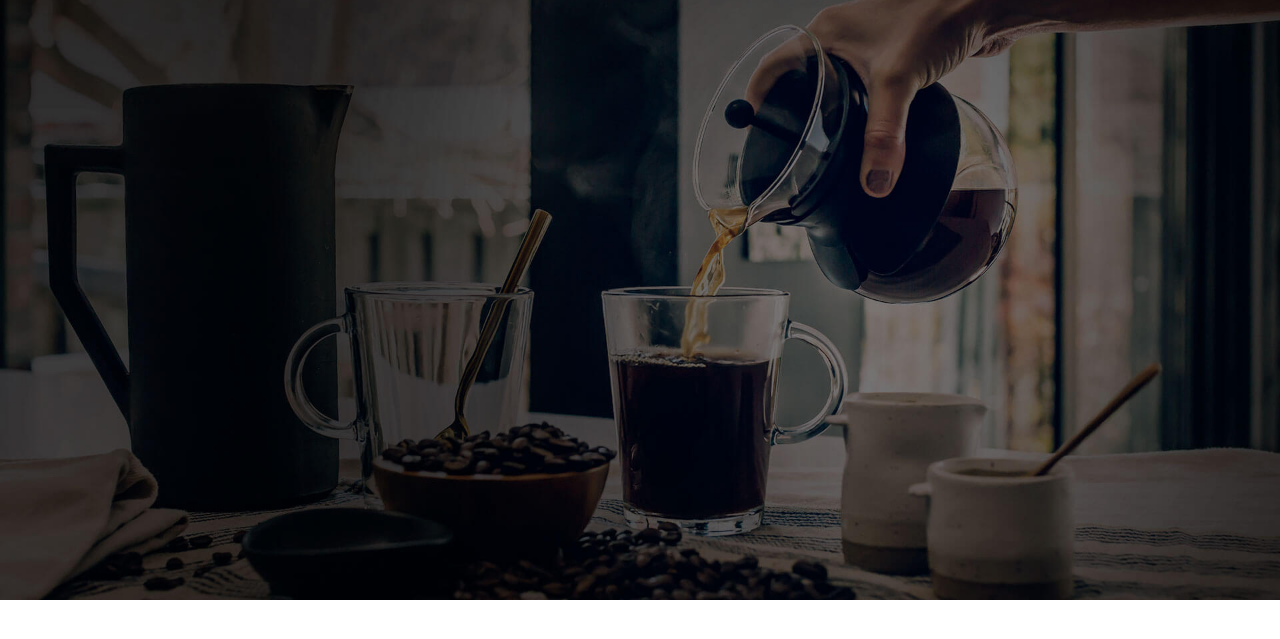
Repository: araque1990/blog_de_cafe
Page: index.html
These files come from the project's save history. The page is drawn as it stood at one moment and after the next save; the edit follows.
The browser window is 1280 px wide. The pictures show the whole page.

Above is the page before, as saved 2023-01-11 11:22:15.

After the next save:
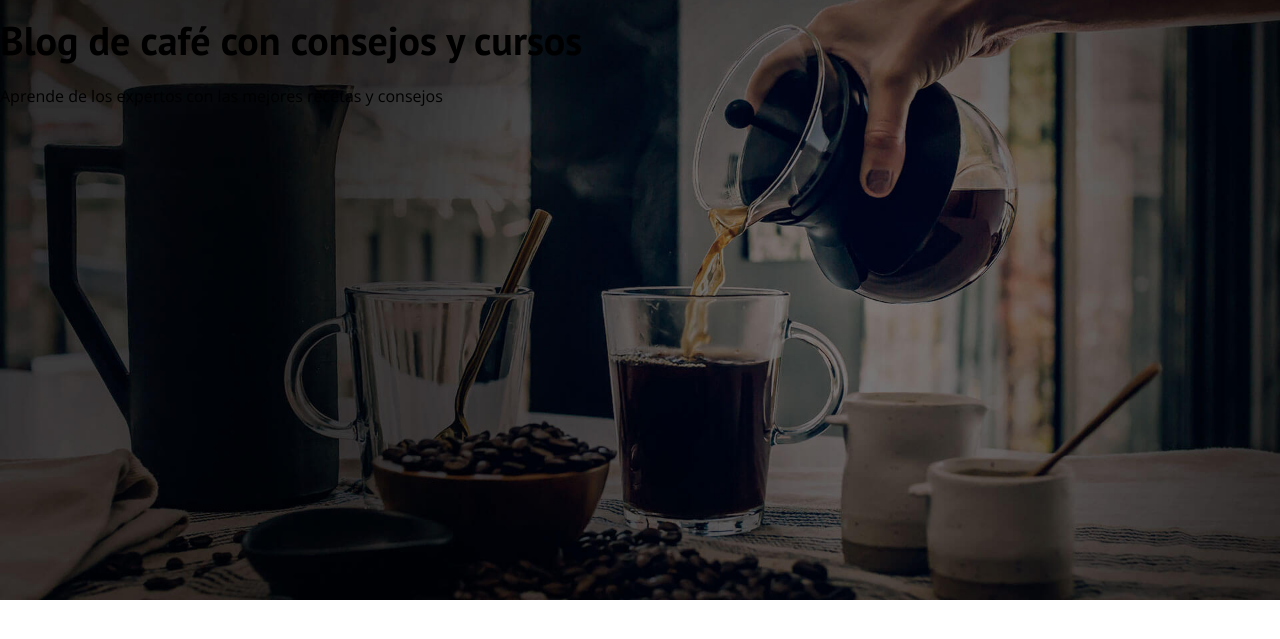
Saved 2 min 38 s later.
--- a/index.html
+++ b/index.html
@@ -1,5 +1,5 @@
 <!DOCTYPE html>
-<html lang="en">
+<html lang="es">
 <head>
   <meta charset="UTF-8">
   <meta http-equiv="X-UA-Compatible" content="IE=edge">
@@ -11,7 +11,12 @@
 </head>
 <body>
 
-  <header class="header"></header>
+  <header class="header">
+    <div class="header__texto">
+      <h2 class="no-margin">Blog de café con consejos y cursos</h2>
+      <p class="no-margin">Aprende de los expertos con las mejores recetas y consejos</p>
+    </div>
+  </header>
 
 </body>
 </html>
